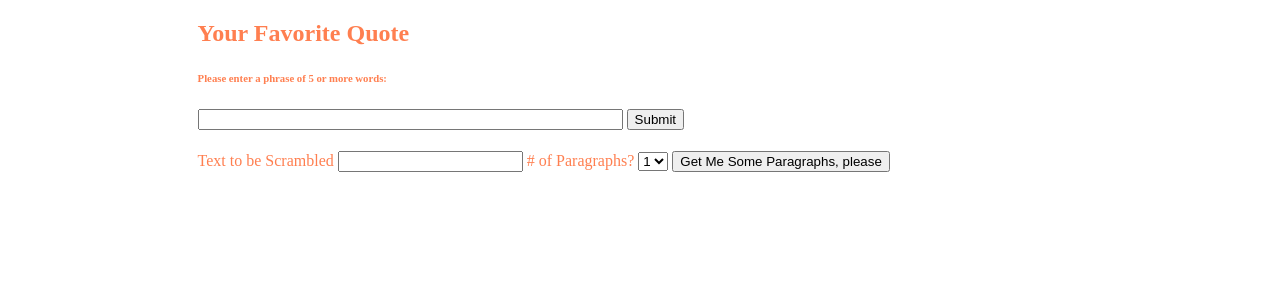
Repository: oduong1/COSW30
Page: homework/hw4/quote.html
The author's editor kept a record of every edit. The page is drawn from the files as they stood at one moment, then again after the next edit.
The browser window is 1280 px wide. The pictures show the whole page.

Above is the page before.

### homework/hw4/quote.html
<!DOCTYPE html>
<html>
    <head>
        <meta charset="utf-8">
        <title>Favorite Quote</title>
            <style>
            #center {
            color: coral;
            font-family: fantasy;
            display: block;
            width: 70%;
            margin: auto;
        }
    </style>

    </head>
    <body>

            <container id="center">
    <h2>Your Favorite Quote</h2>
        <form action="quote_process.php" method="POST">

    <h6>Please enter a phrase of 5 or more words:</h6>
    <p>
        <input type="text" name="phrase" size="50" maxlength="150">
        <input type="submit" name="submit" value="Submit">
    </p>
    </form>


        <form action="quote_process.php" method="POST">
            <h4></h4>
            <label for="">Text to be Scrambled</label>
            <input type="text" id="text" name="text">

            <label for=""># of Paragraphs?</label>
            <select id="paragraphs" name="paragraphs">

                <option value="1">1</option>
                <option value="2">2</option>
                <option value="3">3</option>
                <option value="4">4</option>
                <option value="5">5</option>


            </select>
            <button>Get Me Some Paragraphs, please</button>
        </form>
    </body>

</html>

After the next edit:
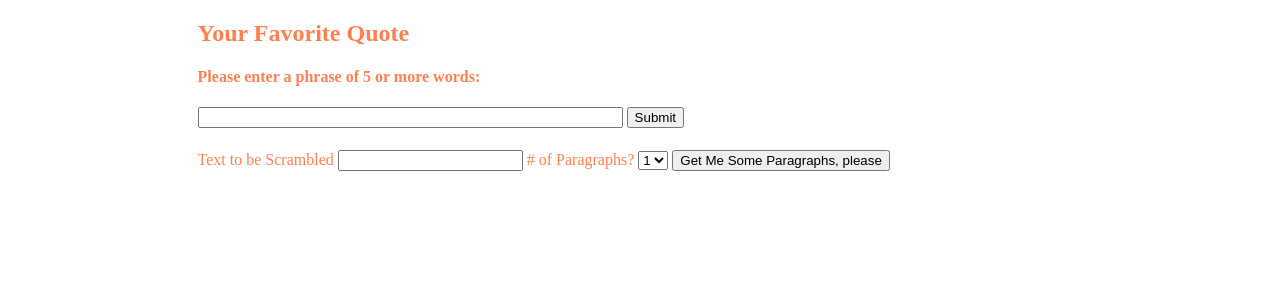
The edit:
--- a/homework/hw4/quote.html
+++ b/homework/hw4/quote.html
@@ -20,7 +20,7 @@
     <h2>Your Favorite Quote</h2>
         <form action="quote_process.php" method="POST">
 
-    <h6>Please enter a phrase of 5 or more words:</h6>
+    <h4>Please enter a phrase of 5 or more words:</h4>
     <p>
         <input type="text" name="phrase" size="50" maxlength="150">
         <input type="submit" name="submit" value="Submit">
